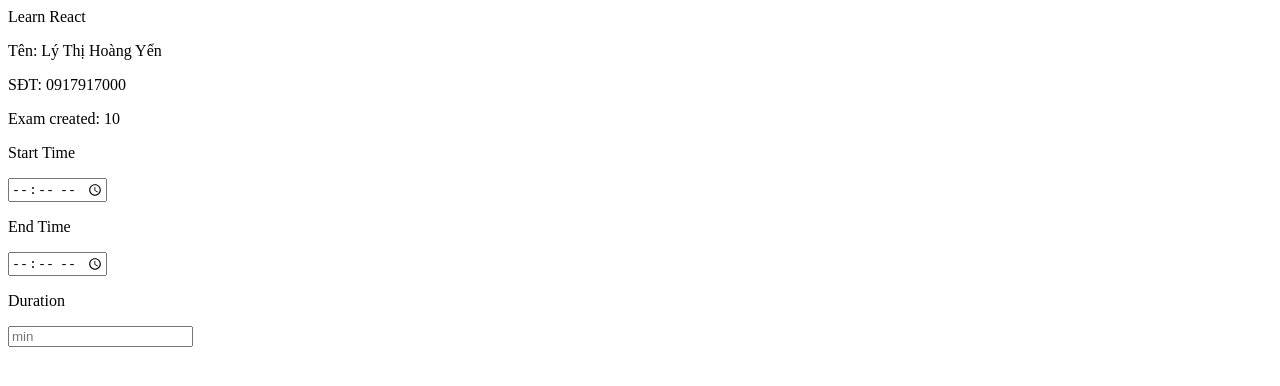
Repository: LyThiHoangYen/A_client
Page: / (app in online-exam-system-frontend/)
An editor plug-in stored every save of this project. The page is shown before and after a run of saves, followed by the edit.
The browser window is 1280 px wide. The pictures show the whole page.
The project was rebuilt for these pictures with package versions that can differ from the ones it lists, and the page was loaded fresh each time.

Above is the page before, as saved 2024-10-23 13:13:50.

### online-exam-system-frontend/src/index.js

import React from 'react';
import ReactDOM from 'react-dom/client';
import App from './App';

const el = document.getElementById('root');
const root = ReactDOM.createRoot(el);

root.render(<App />);

### online-exam-system-frontend/src/App.js
import Sidebar from "./components/sideBar";
function App() {
  return (
    <div className="App">
          Learn React

      <Sidebar />
    </div>
  );
}

export default App;

### online-exam-system-frontend/src/components/sideBar.js
function Sidebar () {
    return (
      <div className="w-1/4 bg-indigo-600 text-white p-6 flex flex-col items-center">
        <div className="w-20 h-20 bg-gray-300 rounded-full mb-4"></div>
        <p className="text-sm">Tên: Lý Thị Hoàng Yến</p>
        <p className="text-sm">SĐT: 0917917000</p>
        <p className="text-sm mb-6">Exam created: 10</p>
        <div className="w-full">
          <div className="flex justify-between text-sm mb-2">
            <p>Start Time</p>
            <input className="bg-gray-100 p-1 rounded w-24" type="time" />
          </div>
          <div className="flex justify-between text-sm mb-2">
            <p>End Time</p>
            <input className="bg-gray-100 p-1 rounded w-24" type="time" />
          </div>
          <div className="flex justify-between text-sm">
            <p>Duration</p>
            <input className="bg-gray-100 p-1 rounded w-24" type="text" placeholder="min" />
          </div>
        </div>
      </div>
    );
  };

export default Sidebar;

Loaded but not shown: online-exam-system-frontend/public/index.html (common file)

After the next 2 saves:
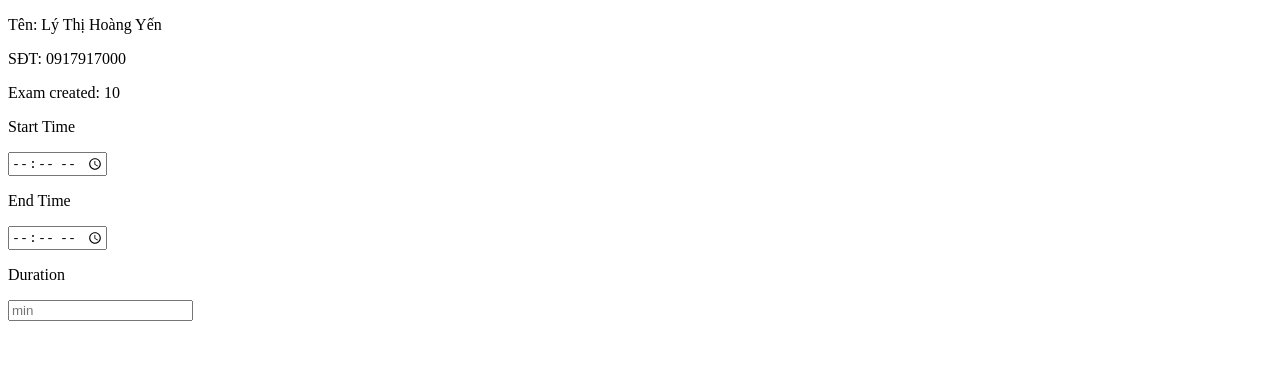
The 2 saves are shown as one change because they came seconds apart.
The last was saved 77 s later.
--- a/online-exam-system-frontend/src/App.js
+++ b/online-exam-system-frontend/src/App.js
@@ -2,8 +2,6 @@ import Sidebar from "./components/sideBar";
 function App() {
   return (
     <div className="App">
-          Learn React
-
       <Sidebar />
     </div>
   );
